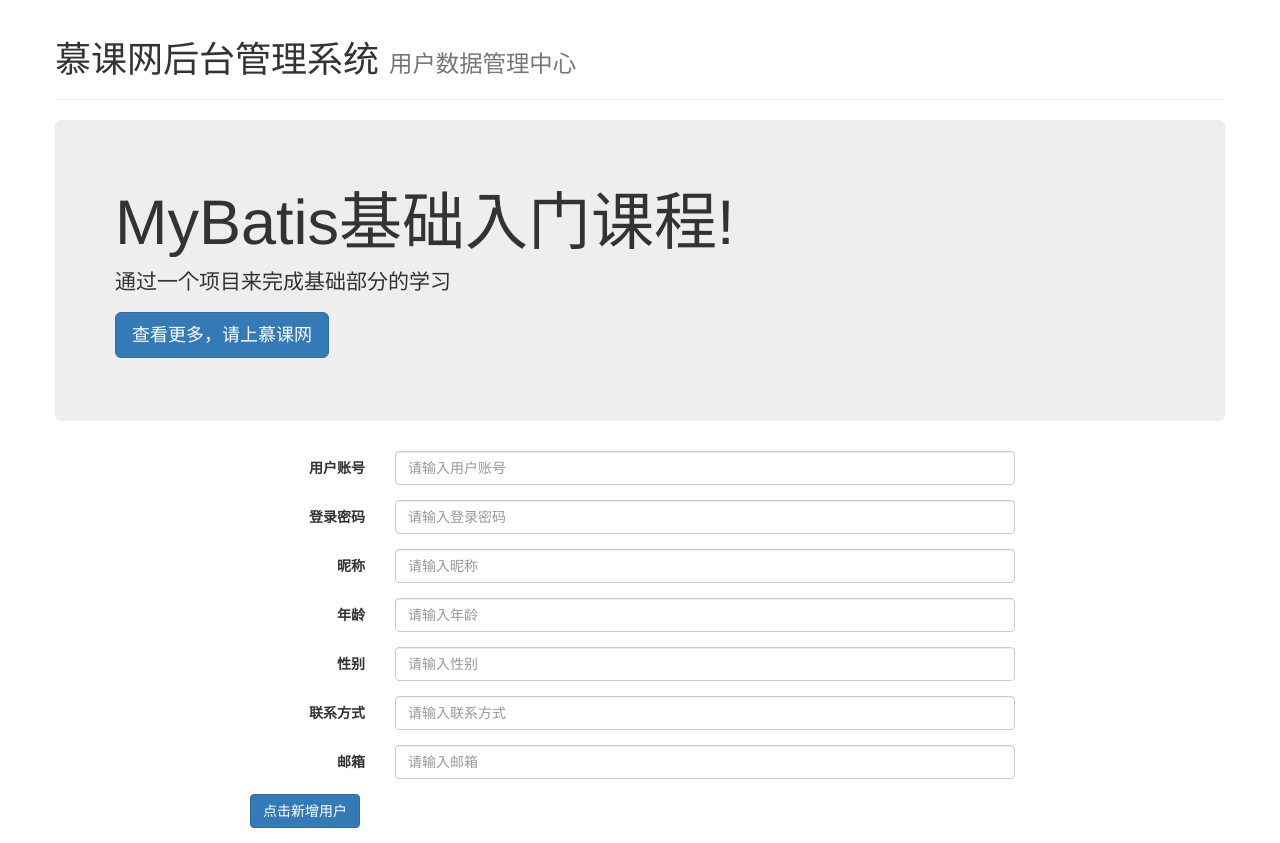
Repository: JetChen07/mybatis
Page: http://localhost/course/addstudent.jsp
The author's editor kept a copy of each file at every save. The page is drawn from the files as they stood at one save, then again after the next save.
The browser window is 1280 px wide. The pictures show the whole page.
The page is served by Tomcat 9. Nobody is signed in. The application's start-up code is not run.

Above is the page before, as saved 2018-05-22 01:11:34.

After the next save:
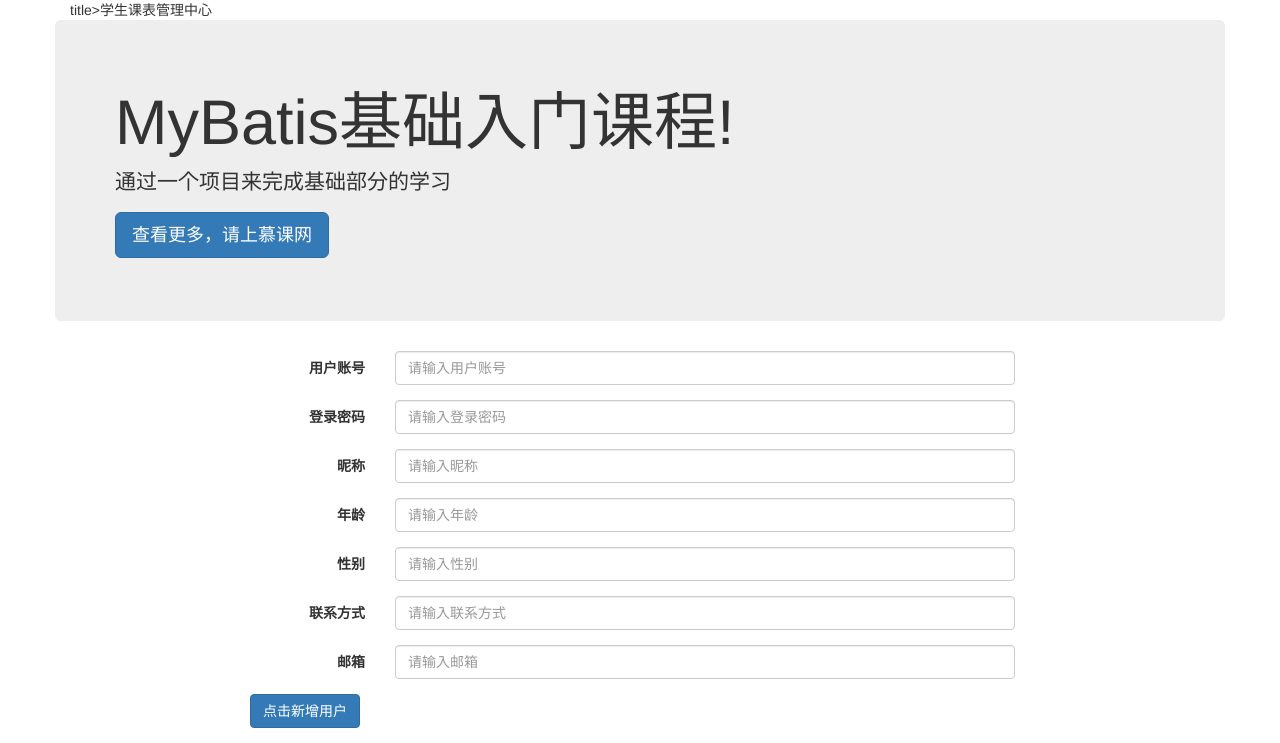
Saved 21 s later.
--- a/course/src/main/webapp/addstudent.jsp
+++ b/course/src/main/webapp/addstudent.jsp
@@ -11,11 +11,7 @@
 </head>
 <body>
 <div class="container">
-    <div class="row">
-        <div class="page-header">
-            <h1>慕课网后台管理系统 <small>用户数据管理中心</small></h1>
-        </div>
-    </div>
+    title>学生课表管理中心</title>
     <div class="row">
         <div class="jumbotron">
             <h1>MyBatis基础入门课程!</h1>

After the save that followed:
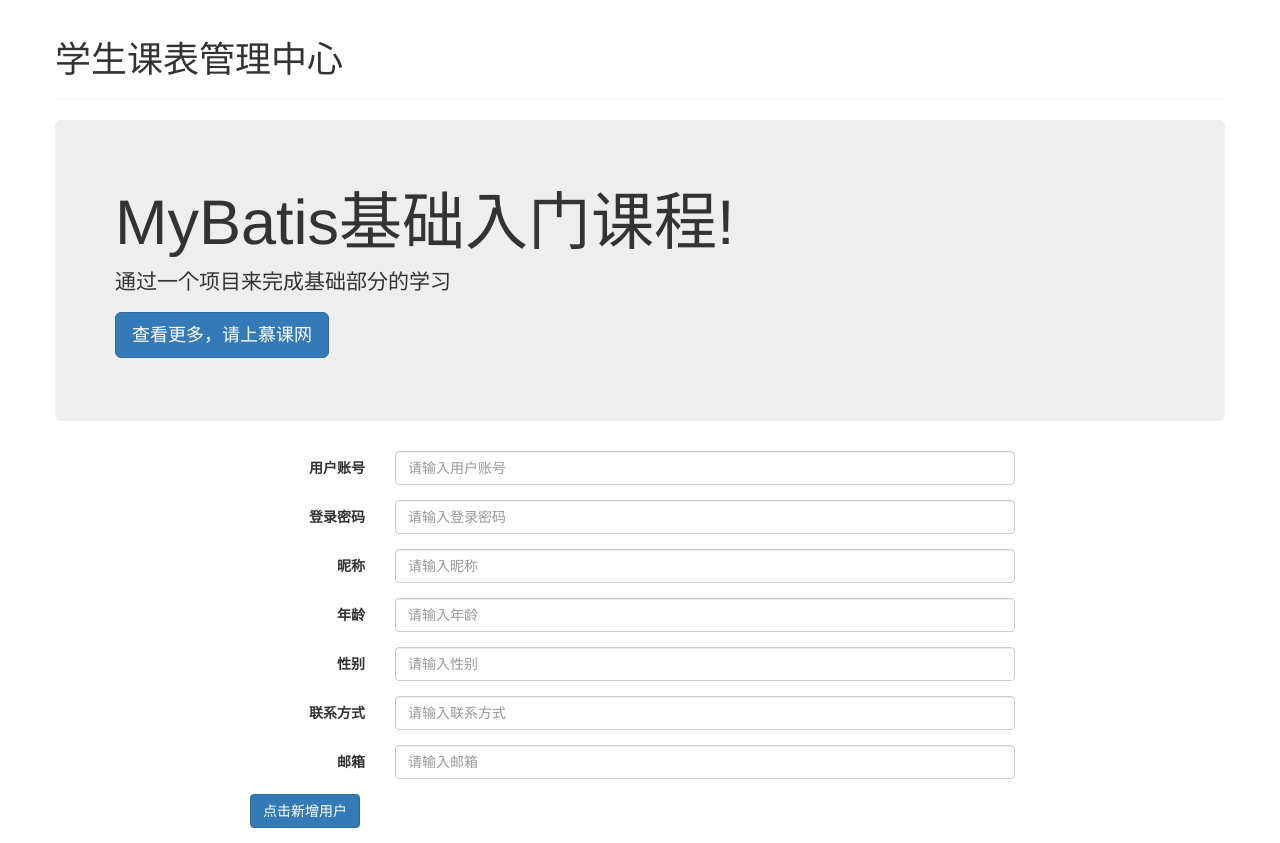
Saved 9 s later.
--- a/course/src/main/webapp/addstudent.jsp
+++ b/course/src/main/webapp/addstudent.jsp
@@ -11,7 +11,11 @@
 </head>
 <body>
 <div class="container">
-    title>学生课表管理中心</title>
+    <div class="row">
+        <div class="page-header">
+            <h1>学生课表管理中心</h1>
+        </div>
+    </div>
     <div class="row">
         <div class="jumbotron">
             <h1>MyBatis基础入门课程!</h1>
